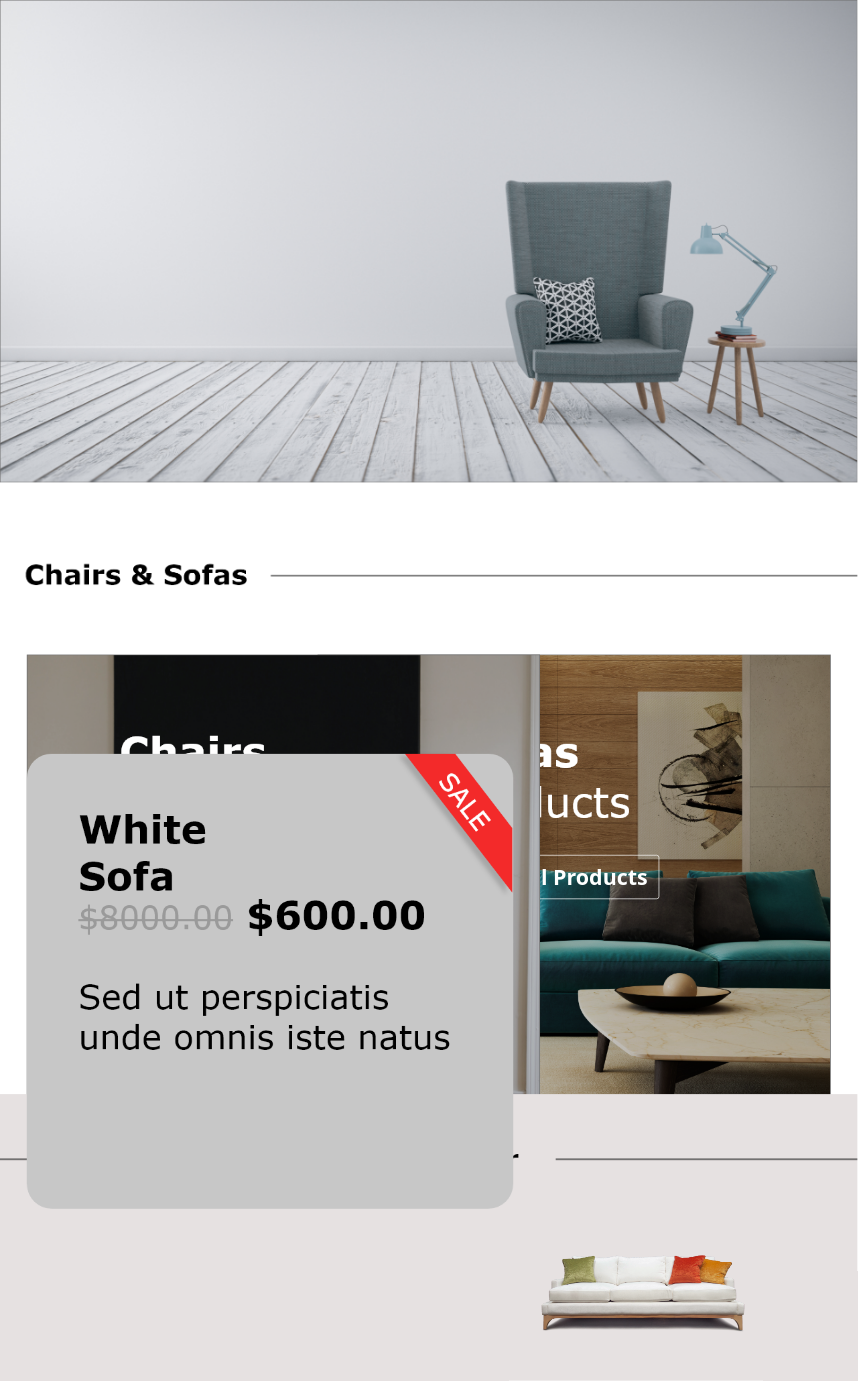
Repository: MEROO1010/creative_home
Page: /
These files come from the project's save history. The page is drawn as it stood at one moment and after the next save; the edit follows.
The browser window is 1280 px wide. The pictures show the whole page, at 67% of full size.
An inner scrolling area shows only its first screen. The project was rebuilt for these pictures with package versions that can differ from the ones it lists, and the page was loaded fresh each time. The framework's server and built-in components were replaced by stand-ins that run in the browser. Also part of the build but not shown: next.config.js.

Above is the page before, as saved 2022-12-12 09:57:00.

After the next save:
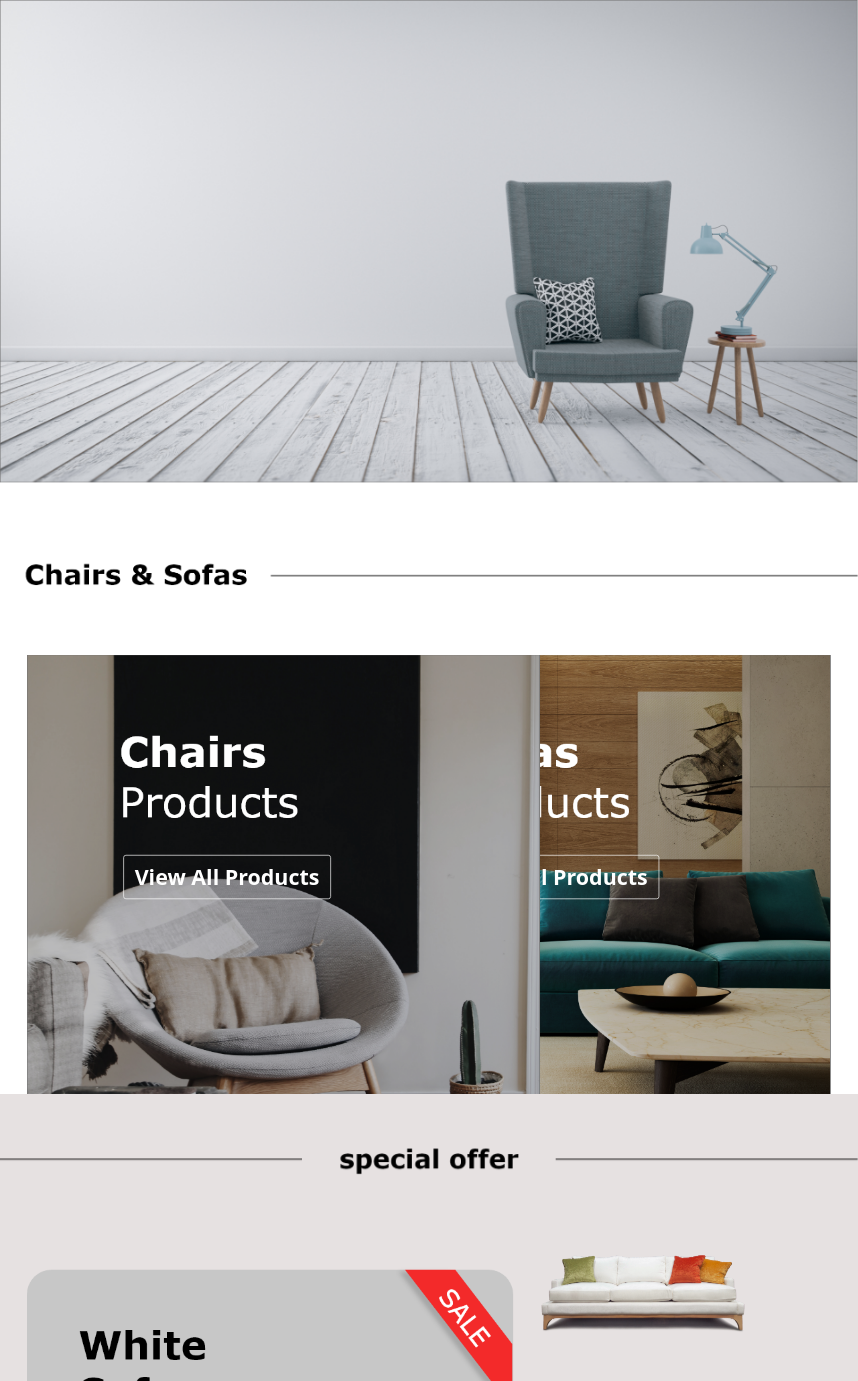
Saved 5 s later.
--- a/components/SpecialOffer.tsx
+++ b/components/SpecialOffer.tsx
@@ -21,7 +21,7 @@ const SpecialOffer = () => {
 
          </div>
 
-         <div className='absolute py-4 px-10 bottom-20 my-40'>
+         <div className='absolute py-4 px-10 top-20 my-40'>
           <Image src={image2} alt=''/>
          </div>
     </div>
